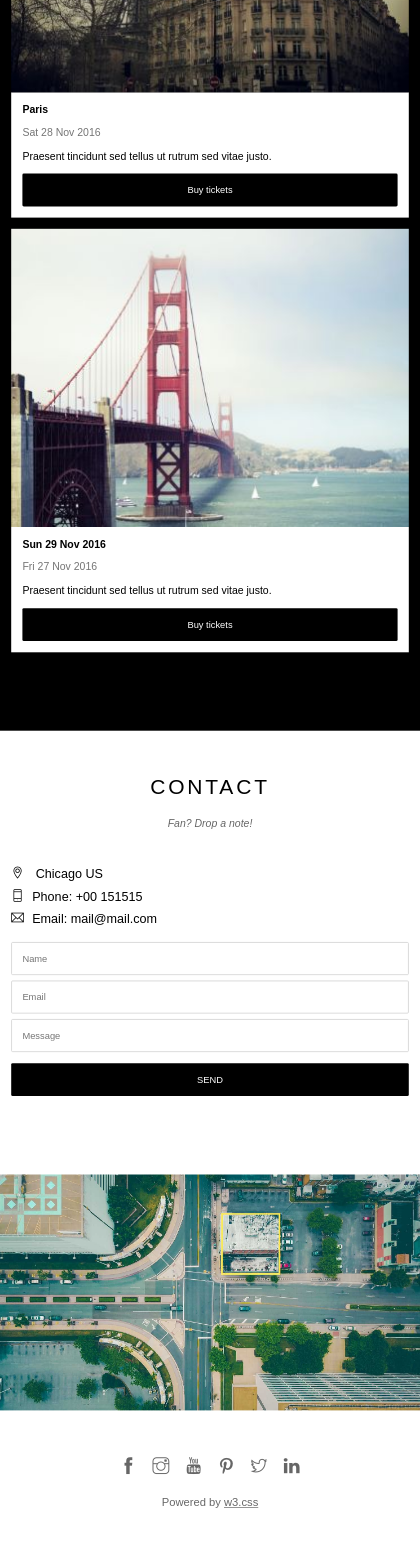
Repository: Phunobita/The-band-w3school
Page: index.html
These files come from the project's save history. The page is drawn as it stood at one moment and after the next save; the edit follows.
The browser window is 600 px wide. The pictures show the part of the page from y = 3317 to 5557 px (the page is 5549 px tall before and 5557 px after), at 70% of full size.

Above is the page before, as saved 2021-12-04 21:00:11.

After the next save:
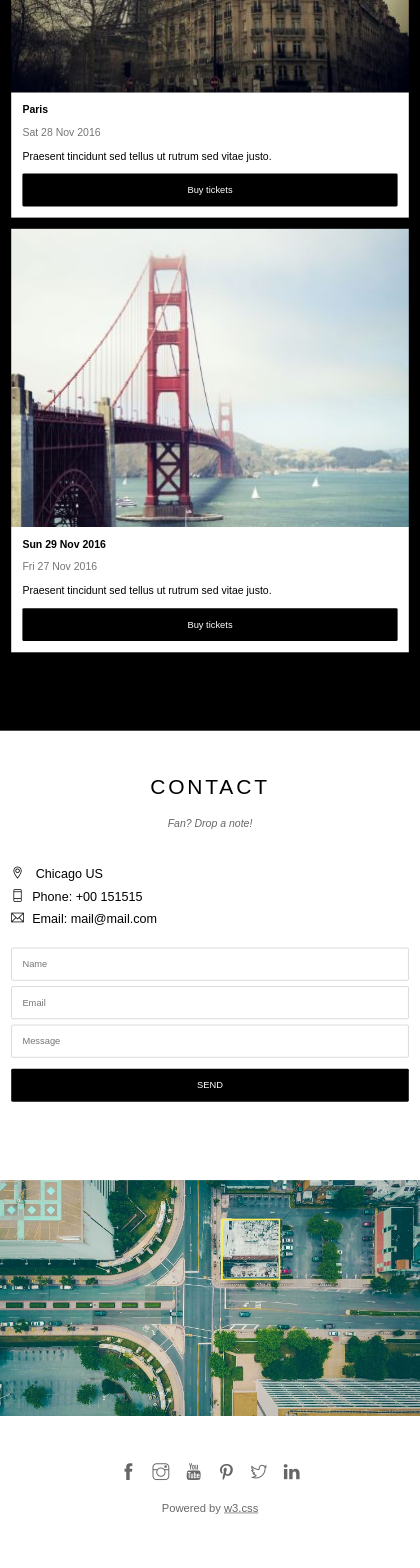
Saved 28 s later.
--- a/assets/css/responsive.css
+++ b/assets/css/responsive.css
@@ -20,9 +20,7 @@
   #nav .subnav a {
     padding: 5px 12px;
   }
-  .contact-form {
-    margin-top: 24px;
-  }
+
   .contact-form .form-control {
     padding: 15px;
   }
@@ -87,6 +85,6 @@
   }
 
   .contact-form {
-    margin-top: 16px;
+    margin-top: 24px;
   }
 }
